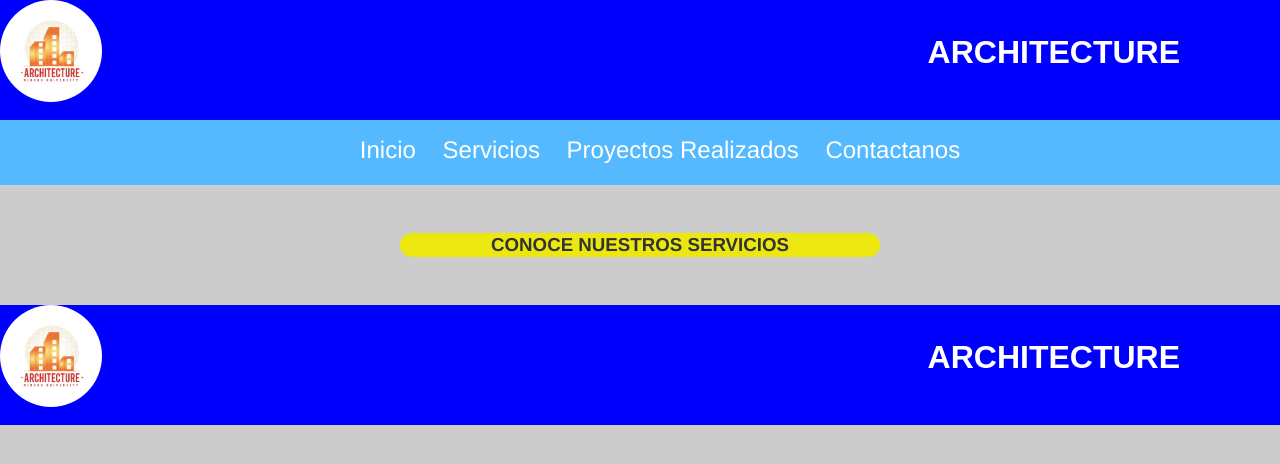
Repository: gabrielestrella18/htdocs
Page: http://localhost/arquitectos/servicios.php
The author's editor kept a copy of each file at every save. The page is drawn from the files as they stood at one save, then again after the next save.
The browser window is 1280 px wide. The pictures show the whole page.
The page is run by PHP 8.4 with error messages shown; the project is at /var/www/html/.

Above is the page before, as saved 2023-12-07 15:52:16.

### arquitectos/servicios.php
<!DOCTYPE html>
<html lang="en">
  <head>
    <title></title>
    <meta charset="UTF-8">
    <meta name="viewport" content="width=device-width, initial-scale=1">
    <link href="estilo.css" rel="stylesheet">
  </head>
  <body>

<div class="azul">
  <img  class="lg"src="imagenes/arch.jpg" alt="">

  <h1>ARCHITECTURE</h1>
</div>

<div class="menu">
<div class="menuOpciones">
            <a href="index.php" target="_blank">Inicio</a>
            <a href="#" target="_blank">Servicios</a>
            <a href="#" target="_blank">Proyectos Realizados</a>
            <a href="#" target="_blank">Contactanos</a>
            </div>
            </div>
            <br><br>

<div class="ser">
<h3 class="serv">CONOCE NUESTROS SERVICIOS</h3>
</div>
<br> <br>


<div class="azul">
  <img  class="lg"src="imagenes/arch.jpg" alt="">

  <h1>ARCHITECTURE</h1>
</div>


  </body>
</html>

### arquitectos/estilo.css
* {
    box-sizing: border-box;
    margin: 0;
    padding: 0;
}

body {
    font-family: helvetica;
    font-size: 16px;
    line-height: 24px;
    color: #333;
    background-color: #cccccc;
    max-width: 1400px;
}

.azul {
    background-color: blue;
    padding-bottom: 120px;
}

.lg {
    float: left;
    width: 8%;
    height: 8%;
    border-radius: 80px;
}

h1 {
    color: white;
    float: right;
    font-family: sans-serif;
    text-align: end;
    padding-top: 40px;
    padding-right: 100px;
}

.menu {
    border: 1px #54b9ff solid;
    background-color: #54b9ff;
    height: 65px;
}

.menuOpciones {
    padding-top: 12px;
    text-align: center;
    margin-top: 5px;
    padding-left: 40px;
    font-size: x-large;
}

.menuOpciones a {
    text-decoration: none;
    color: white;
    padding: 10px;
}

.menuOpciones a:hover {
    color: #9c2222;
}

.contenedor_fondo {
    width: 1350px;
    height: 600px;
    margin: auto;
    background-image: url(imagenes/fondoarq.jpg);
    background-repeat: no-repeat;
    background-size: cover;
}

.textofoto {
    /* width: 600px; */
    color: rgb(7, 2, 2);
    margin: auto;
    text-align: center;
    line-height: 35px;
    padding-top: 200px;
}

.botoncito {
    text-align: center;
}

.boton1 {
    color: #ece80f;
    background-color: #ce1111;
    padding-top: 20px;
    padding-bottom: 20px;
    padding-left: 10px;
    padding-right: 10px;
    border-radius: 20px;
}

h3 {
    text-align: center;
}

.serv {
    background-color: #ece80f;
    /* padding-top: 20px;
    padding-bottom: 20px;
    padding-left: 10px;
    padding-right: 10px; */
    border-radius: 20px;
}

.ser {
    padding-left: 400px;
    padding-right: 400px;
}

After the next save:
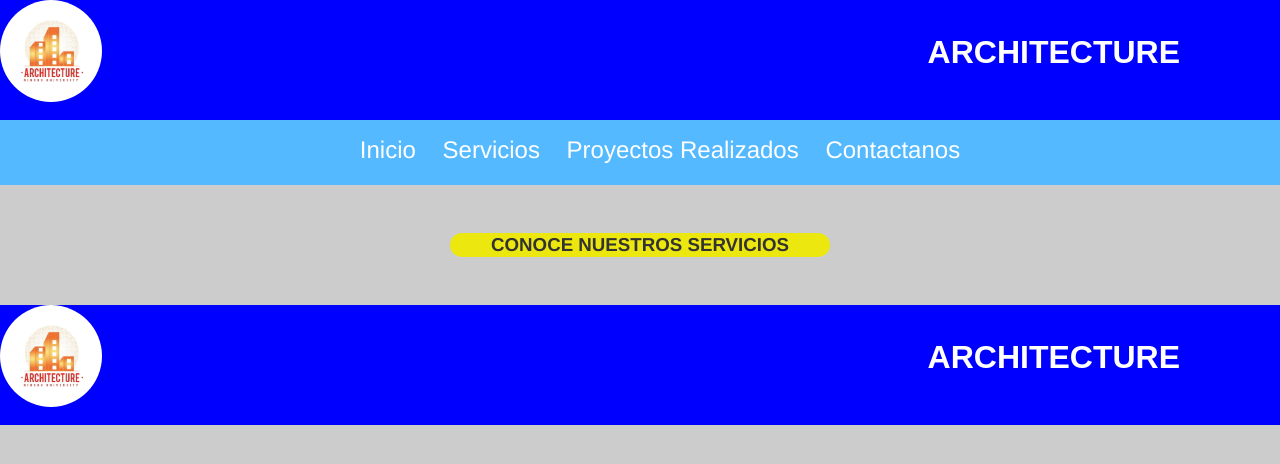
Saved 10 s later.
--- a/arquitectos/estilo.css
+++ b/arquitectos/estilo.css
@@ -104,6 +104,6 @@ h3 {
 }
 
 .ser {
-    padding-left: 400px;
-    padding-right: 400px;
+    padding-left: 450px;
+    padding-right: 450px;
 }
